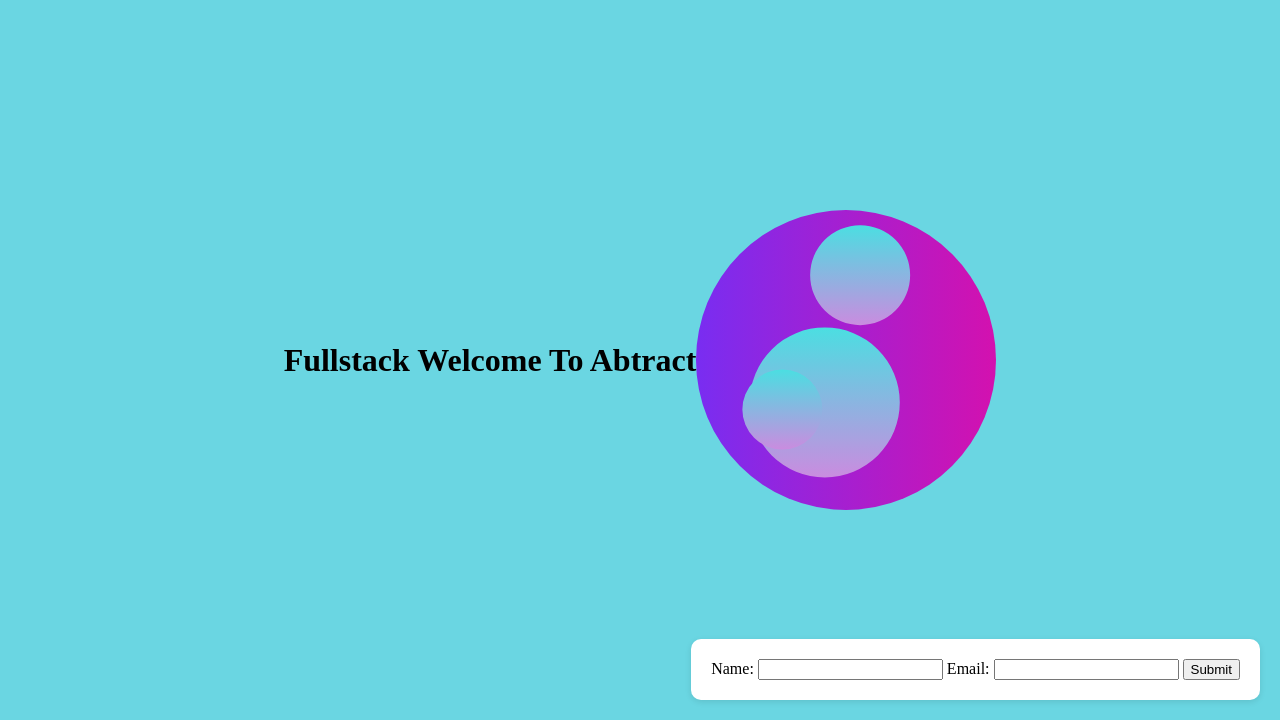
Repository: Melinda-Nanjad-Personal-Website/Personal-web
Page: picasso.html
These files come from the project's save history. The page is drawn as it stood at one moment and after the next save; the edit follows.
The browser window is 1280 px wide. The pictures show the whole page.

Above is the page before, as saved 2023-08-18 13:15:49.

After the next save:
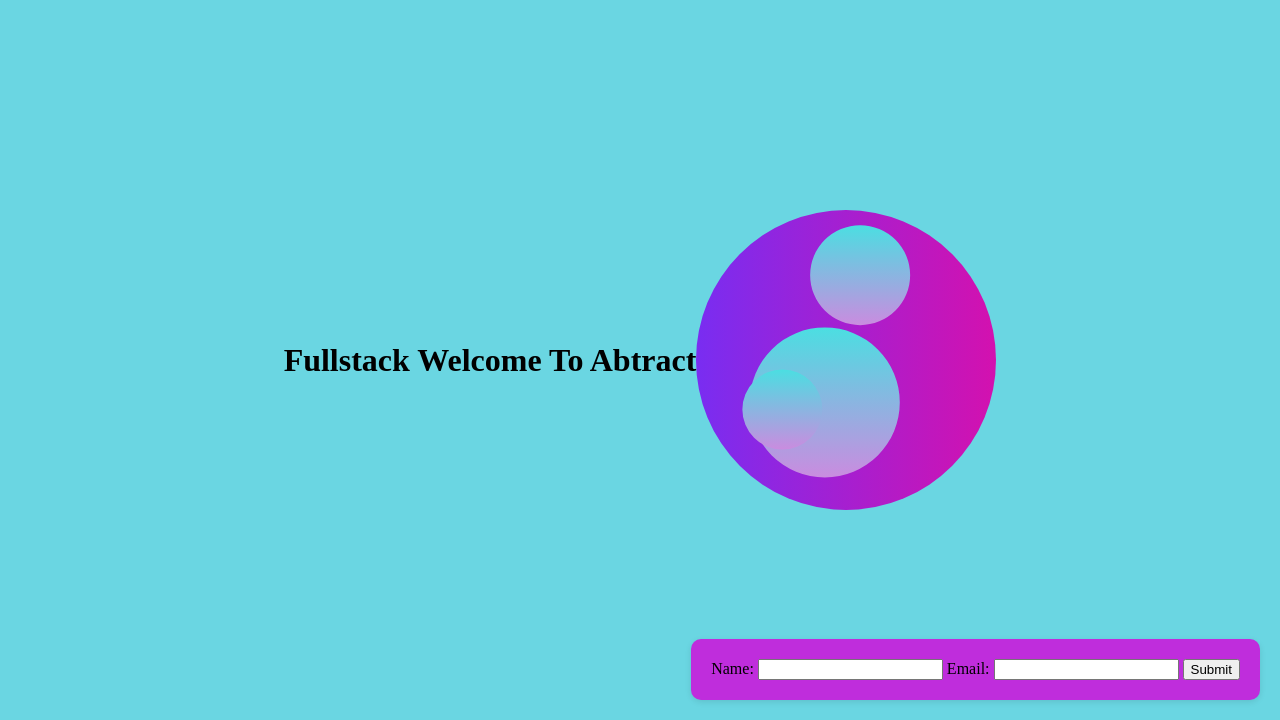
Saved 2 min 57 s later.
--- a/picasso.html
+++ b/picasso.html
@@ -77,7 +77,7 @@
             position: fixed;
             bottom: 20px;
             right: 20px;
-            background-color: rgb(255, 255, 255);
+            background-color: rgb(191, 45, 220);
             padding: 20px;
             border-radius: 10px;
             box-shadow: 0 2px 6px rgba(0, 0, 0, 0.1);
